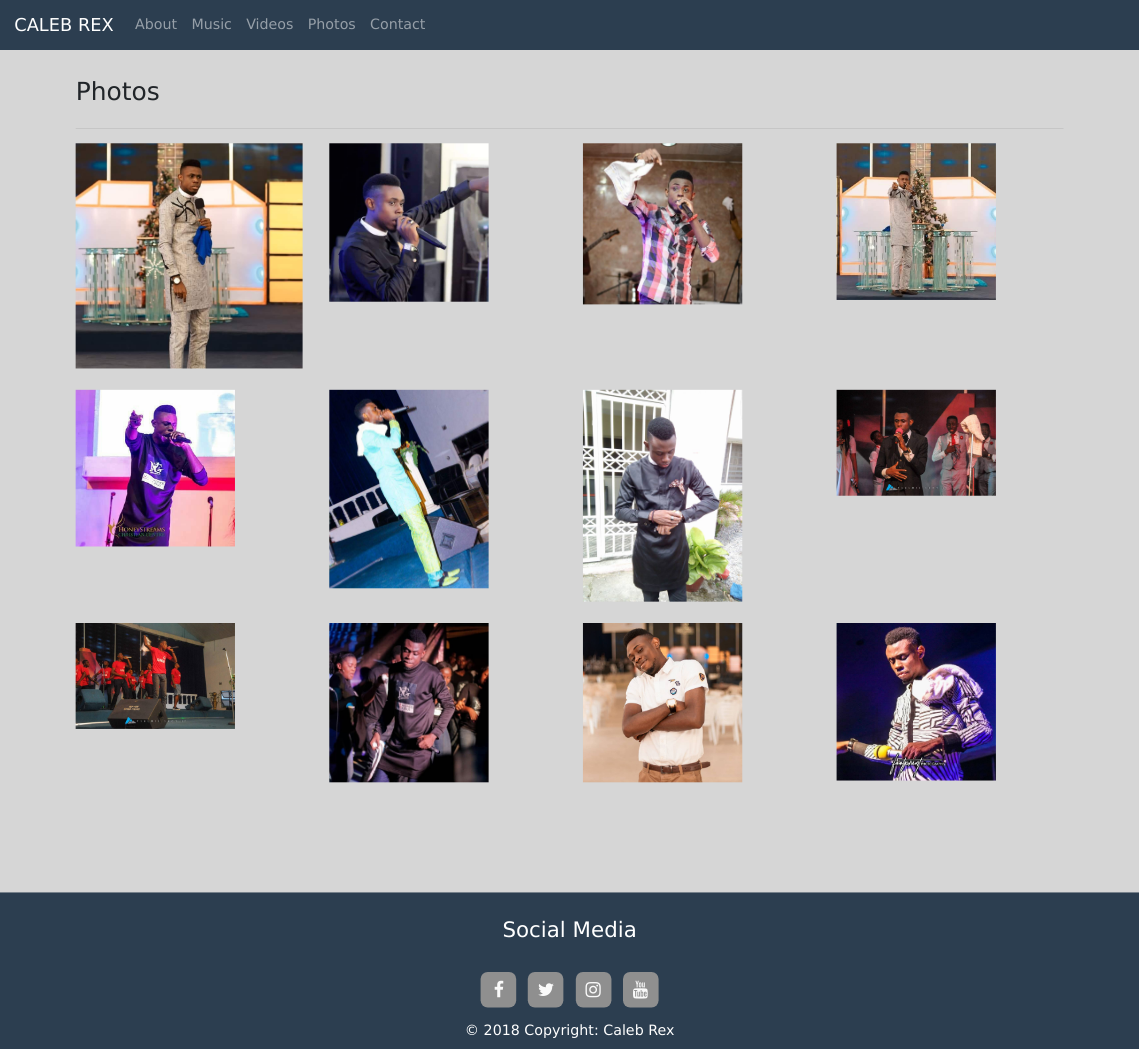
Repository: IchaTreasure/caleb-rex
Page: photos.html
The author's editor kept a record of every edit. The page is drawn from the files as they stood at one moment, then again after the next edit.
The browser window is 1280 px wide. The pictures show the whole page, at 89% of full size.
Some web libraries are served in a nearby version.

Above is the page before.

### photos.html
<!DOCTYPE html>
<html lang="en">

<head>
    <meta charset="UTF-8">
    <meta name="viewport" content="width=device-width, initial-scale=1.0">
    <meta http-equiv="X-UA-Compatible" content="ie=edge">
    <link rel="stylesheet" href="https://maxcdn.bootstrapcdn.com/bootstrap/4.1.3/css/bootstrap.min.css">
    <link rel="stylesheet" href="https://use.fontawesome.com/releases/v5.6.1/css/all.css" integrity="sha384-gfdkjb5BdAXd+lj+gudLWI+BXq4IuLW5IT+brZEZsLFm++aCMlF1V92rMkPaX4PP" crossorigin="anonymous">
    <link rel="stylesheet" href="https://stackpath.bootstrapcdn.com/bootstrap/4.3.1/css/bootstrap.min.css" type="text/css" />
    <link rel="stylesheet" href="https://stackpath.bootstrapcdn.com/font-awesome/4.7.0/css/font-awesome.min.css" type="text/css" />
    <link rel="stylesheet" href="https://cdnjs.cloudflare.com/ajax/libs/hover.css/2.3.1/css/hover-min.css" type="text/css" />
    <link href="https://fonts.googleapis.com/css?family=Roboto:400,700" rel="stylesheet">
    <link rel="stylesheet" href="css/style.css" type="text/css" />
    <title>Caleb Rex</title>
</head>

<body style="background-color: #2c3e50">
    <!-- ------------------------------------------------------------------------------------------------------Navigation Bar -->
    <nav class="navbar navbar-expand-md navbar-dark fixed-top" style="background-color: #2c3e50">
        <a class="navbar-brand" href="index.html">CALEB REX</a>
        <button class="navbar-toggler" type="button" data-toggle="collapse" data-target="#navbarsExampleDefault" aria-controls="navbarsExampleDefault" aria-expanded="false" aria-label="Toggle navigation">
    <span class="navbar-toggler-icon"></span>
  </button>

        <div class="collapse navbar-collapse" id="navbarsExampleDefault">
            <ul class="navbar-nav mr-auto">
                <li class="nav-item right" data-toggle="collapse" data-target=".navbar-collapse.show">
                    <a class="nav-link" href="about.html">About</a>
                </li>
                <li class="nav-item right" data-toggle="collapse" data-target=".navbar-collapse.show">
                    <a class="nav-link" href="music.html">Music</a>
                </li>
                <li class="nav-item right" data-toggle="collapse" data-target=".navbar-collapse.show">
                    <a class="nav-link" href="videos.html">Videos</a>
                </li>
                <li class="nav-item right" data-toggle="collapse" data-target=".navbar-collapse.show">
                    <a class="nav-link" href="photos.html">Photos</a>
                </li>
                <li class="nav-item right" data-toggle="collapse" data-target=".navbar-collapse.show">
                    <a class="nav-link" href="contact.html">Contact</a>
                </li>
            </ul>
        </div>
    </nav>

    <!-- Photo section -->
    <section style="background-color: #D6D6D6; padding-bottom: 100px;">
        <div class="container" Style="padding-top: 30px">
            <div class="row">
                <h3 style="padding-left: 15px">Photos</h3>
            </div>
            <hr>
            <div class="row">
                <!-- Modal: Image 1 -->
                <div class="col-sm-3">
                    <a class="d-block mb-4 h-100">
            <img class="img-fluid img-hover" src="images/Caleb1.jpg" data-toggle="modal" data-target="#Image1" alt="Caleb 1" style="width: 100%">
          </a>
                    <!-- Modal Content -->
                    <div class="modal fade" id="Image1" tabindex="-1" role="dialog" aria-hidden="true">
                        <div class="modal-dialog modal-lg" role="document">
                            <div class="modal-body">
                                <img class="img-fluid" src="images/Caleb1.jpg" alt="Caleb 1">
                            </div>
                        </div>
                    </div>
                </div>

                <!-- Modal: Image 2 -->
                <div class="col-sm-3">
                    <a class="d-block mb-4 h-100">
            <img class="img-fluid img-hover" src="images/Caleb2.jpg" data-toggle="modal" data-target="#Image2" alt="Caleb 2" style="width: 70%">
          </a>
                    <!-- Modal Content -->
                    <div class="modal fade" id="Image2" tabindex="-1" role="dialog" aria-hidden="true">
                        <div class="modal-dialog modal-lg" role="document">
                            <div class="modal-body">
                                <img class="img-fluid" src="images/Caleb2.jpg" alt="Caleb 2">
                            </div>
                        </div>
                    </div>
                </div>

                <!-- Modal: Image 3 -->
                <div class="col-sm-3">
                    <a class="d-block mb-4 h-100">
            <img class="img-fluid img-hover" src="images/Caleb3.jpg" data-toggle="modal" data-target="#Image3" alt="Caleb 3" style="width: 70%">
          </a>
                    <!-- Modal Content -->
                    <div class="modal fade" id="Image3" tabindex="-1" role="dialog" aria-hidden="true">
                        <div class="modal-dialog modal-lg" role="document">
                            <div class="modal-body">
                                <img class="img-fluid" src="images/Caleb3.jpg" alt="Caleb 3">
                            </div>
                        </div>
                    </div>
                </div>

                <!-- Modal: Image 4 -->
                <div class="col-sm-3">
                    <a class="d-block mb-4 h-100">
            <img class="img-fluid img-hover" src="images/Caleb4.jpg" data-toggle="modal" data-target="#Image4" alt="Caleb 4" style="width: 70%">
          </a>
                    <!-- Modal Content -->
                    <div class="modal fade" id="Image4" tabindex="-1" role="dialog" aria-hidden="true">
                        <div class="modal-dialog modal-lg" role="document">
                            <div class="modal-body">
                                <img class="img-fluid" src="images/Caleb4.jpg" alt="Caleb 4">
                            </div>
                        </div>
                    </div>
                </div>
            </div>

            <div class="row">
                <!-- Modal: Image 5 -->
                <div class="col-sm-3">
                    <a class="d-block mb-4 h-100">
            <img class="img-fluid img-hover" src="images/Caleb5.jpg" data-toggle="modal" data-target="#Image5" alt="Caleb 5" style="width: 70%">
          </a>
                    <!-- Modal Content -->
                    <div class="modal fade" id="Image5" tabindex="-1" role="dialog" aria-hidden="true">
                        <div class="modal-dialog modal-lg" role="document">
                            <div class="modal-body">
                                <img class="img-fluid" src="images/Caleb5.jpg" alt="Caleb 5">
                            </div>
                        </div>
                    </div>
                </div>

                <!-- Modal: Image 6 -->
                <div class="col-sm-3">
                    <a class="d-block mb-4 h-100">
            <img class="img-fluid img-hover" src="images/Caleb6.jpg" data-toggle="modal" data-target="#Image6" alt="Caleb 6" style="width: 70%">
          </a>
                    <!-- Modal Content -->
                    <div class="modal fade" id="Image6" tabindex="-1" role="dialog" aria-hidden="true">
                        <div class="modal-dialog modal-lg" role="document">
                            <div class="modal-body">
                                <img class="img-fluid" src="images/Caleb6.jpg" alt="Caleb 6">
                            </div>
                        </div>
                    </div>
                </div>

                <!-- Modal: Image 7 -->
                <div class="col-sm-3">
                    <a class="d-block mb-4 h-100">
            <img class="img-fluid img-hover" src="images/Caleb7.jpg" data-toggle="modal" data-target="#Image7" alt="Caleb 7" style="width: 70%">
          </a>
                    <!-- Modal Content -->
                    <div class="modal fade" id="Image7" tabindex="-1" role="dialog" aria-hidden="true">
                        <div class="modal-dialog modal-lg" role="document">
                            <div class="modal-body">
                                <img class="img-fluid" src="images/Caleb7.jpg" alt="Caleb 7">
                            </div>
                        </div>
                    </div>
                </div>

                <!-- Modal: Image 8 -->
                <div class="col-sm-3">
                    <a class="d-block mb-4 h-100">
            <img class="img-fluid img-hover" src="images/Caleb8.jpg" data-toggle="modal" data-target="#Image8" alt="Caleb 8" style="width: 70%">
          </a>
                    <!-- Modal Content -->
                    <div class="modal fade" id="Image8" tabindex="-1" role="dialog" aria-hidden="true">
                        <div class="modal-dialog modal-lg" role="document">
                            <div class="modal-body">
                                <img class="img-fluid" src="images/Caleb8.jpg" alt="Caleb 8">
                            </div>
                        </div>
                    </div>
                </div>
            </div>

            <div class="row">
                <!-- Modal: Image 9 -->
                <div class="col-sm-3">
                    <a class="d-block mb-4 h-100">
            <img class="img-fluid img-hover" src="images/Caleb9.jpg" data-toggle="modal" data-target="#Image9" alt="Caleb 9" style="width: 70%">
          </a>
                    <!-- Modal Content -->
                    <div class="modal fade" id="Image9" tabindex="-1" role="dialog" aria-hidden="true">
                        <div class="modal-dialog modal-lg" role="document">
                            <div class="modal-body">
                                <img class="img-fluid" src="images/Caleb9.jpg" alt="Caleb 9">
                            </div>
                        </div>
                    </div>
                </div>

                <!-- Modal: Image 10 -->
                <div class="col-sm-3">
                    <a class="d-block mb-4 h-100">
            <img class="img-fluid img-hover" src="images/Caleb11.jpg" data-toggle="modal" data-target="#Image11" alt="Caleb 10" style="width: 70%">
          </a>
                    <!-- Modal Content -->
                    <div class="modal fade" id="Image11" tabindex="-1" role="dialog" aria-hidden="true">
                        <div class="modal-dialog modal-lg" role="document">
                            <div class="modal-body">
                                <img class="img-fluid" src="images/Caleb11.jpg" alt="Caleb 10">
                            </div>
                        </div>
                    </div>
                </div>

                <!-- Modal: Image 11 -->
                <div class="col-sm-3">
                    <a class="d-block mb-4 h-100">
            <img class="img-fluid img-hover" src="images/Caleb12.jpg" data-toggle="modal" data-target="#Image12" alt="Caleb 11" style="width: 70%">
          </a>
                    <!-- Modal Content -->
                    <div class="modal fade" id="Image12" tabindex="-1" role="dialog" aria-hidden="true">
                        <div class="modal-dialog modal-lg" role="document">
                            <div class="modal-body">
                                <img class="img-fluid" src="images/Caleb12.jpg" alt="Caleb 11">
                            </div>
                        </div>
                    </div>
                </div>

                <!-- Modal: Image 12 -->
                <div class="col-sm-3">
                    <a class="d-block mb-4 h-100">
            <img class="img-fluid img-hover" src="images/Caleb14.jpg" data-toggle="modal" data-target="#Image14" alt="Caleb 12" style="width: 70%">
          </a>
                    <!-- Modal Content -->
                    <div class="modal fade" id="Image14" tabindex="-1" role="dialog" aria-hidden="true">
                        <div class="modal-dialog modal-lg" role="document">
                            <div class="modal-body">
                                <img class="img-fluid" src="images/Caleb14.jpg" alt="Caleb 12">
                            </div>
                        </div>
                    </div>
                </div>
            </div>
        </div>
    </section>

    <!-- Footer -->
    <footer class="py-1" style="background-color: #2c3e50; text-align: center;">
        <div class="container">
            <br>
            <h4 style = "color: white">Social Media</h4>
            <br>
            <ul class="list-inline social-links">
                <li class="list-inline-item">
                    <a target="_blank" href="https://www.facebook.com/caleb.rex.96"><i class = " fa fa-facebook" aria-hidden="true"></i><span class = "sr-only">Facebook</span></a>
                </li>
                <li class="list-inline-item">
                    <a target="_blank" href="https://twitter.com/calebrex01"><i class = " fa fa-twitter" aria-hidden="true"></i><span class = "sr-only">Twitter</span></a>
                </li>
                <li class="list-inline-item">
                    <a target="_blank" href="https://www.instagram.com/caleb.rex01/"><i class = " fa fa-instagram" aria-hidden="true"></i><span class = "sr-only">Instagram</span></a>
                </li>
                <li class="list-inline-item">
                    <a target="_blank" href="https://www.youtube.com/channel/UC_B7e65upco510Sio9dZJhg"><i class = " fa fa-youtube" aria-hidden="true"></i><span class = "sr-only">Youtube</span></a>
                </li>
            </ul>
        </div>

        <h6 style="text-align: center; color: white;">© 2018 Copyright: Caleb Rex</h6>
        <!-- /.container -->
    </footer>
    <!-- Bootstrap core JavaScript -->
    <script src="https://code.jquery.com/jquery-3.3.1.slim.min.js" integrity="sha384-q8i/X+965DzO0rT7abK41JStQIAqVgRVzpbzo5smXKp4YfRvH+8abtTE1Pi6jizo" crossorigin="anonymous"></script>
    <script src="https://cdnjs.cloudflare.com/ajax/libs/popper.js/1.14.3/umd/popper.min.js" integrity="sha384-ZMP7rVo3mIykV+2+9J3UJ46jBk0WLaUAdn689aCwoqbBJiSnjAK/l8WvCWPIPm49" crossorigin="anonymous"></script>
    <script src="https://stackpath.bootstrapcdn.com/bootstrap/4.1.3/js/bootstrap.min.js" integrity="sha384-ChfqqxuZUCnJSK3+MXmPNIyE6ZbWh2IMqE241rYiqJxyMiZ6OW/JmZQ5stwEULTy" crossorigin="anonymous"></script>
    <script src="https://code.jquery.com/jquery-3.3.1.slim.min.js" integrity="sha384-q8i/X+965DzO0rT7abK41JStQIAqVgRVzpbzo5smXKp4YfRvH+8abtTE1Pi6jizo" crossorigin="anonymous"></script>
    <script src="https://cdnjs.cloudflare.com/ajax/libs/popper.js/1.14.7/umd/popper.min.js" integrity="sha384-UO2eT0CpHqdSJQ6hJty5KVphtPhzWj9WO1clHTMGa3JDZwrnQq4sF86dIHNDz0W1" crossorigin="anonymous"></script>
    <script src="https://stackpath.bootstrapcdn.com/bootstrap/4.3.1/js/bootstrap.min.js" integrity="sha384-JjSmVgyd0p3pXB1rRibZUAYoIIy6OrQ6VrjIEaFf/nJGzIxFDsf4x0xIM+B07jRM" crossorigin="anonymous"></script>
</body>
</html>

### css/style.css
/*---------------------------- css for body */
body {
  font-family: 'Lucida Grande', sans-serif;
  padding-top: 56px;
}

nav li a:hover {
  background: black;
}

nav a:hover {
  background: black;
}

/*----------------------------------------- Modal Styling */
.modal-body{
    color: #615650;
    text-align: center;
}

.modal-content{
    background-color: #dbc7bd;
    padding: 20px;
}

.img-hover:hover{
    cursor: pointer;
    opacity: 0.6;
    transition: all 0.35s ease-in-out;
    -moz-transition: all 0.35s ease-in-out;
    -webkit-transition: all 0.35s ease-in-out;
    -o-transition: all 0.35s ease-in-out;
}

/*---------------------------- css for contact form*/
.form-style-1 {
	margin:10px auto;
	max-width: 400px;
	padding: 20px 12px 10px 20px;
	font: 13px "Lucida Sans Unicode", "Lucida Grande", sans-serif;
}
.form-style-1 li {
	padding: 0;
	display: block;
	list-style: none;
	margin: 10px 0 0 0;
}
.form-style-1 label{
	margin:0 0 3px 0;
	padding:0px;
	display:block;
	font-weight: bold;
}
.form-style-1 input[type=text],
.form-style-1 input[type=date],
.form-style-1 input[type=datetime],
.form-style-1 input[type=number],
.form-style-1 input[type=search],
.form-style-1 input[type=time],
.form-style-1 input[type=url],
.form-style-1 input[type=email],
textarea,
select{
	box-sizing: border-box;
	-webkit-box-sizing: border-box;
	-moz-box-sizing: border-box;
	border:1px solid #BEBEBE;
	padding: 7px;
	margin:0px;
	-webkit-transition: all 0.30s ease-in-out;
	-moz-transition: all 0.30s ease-in-out;
	-ms-transition: all 0.30s ease-in-out;
	-o-transition: all 0.30s ease-in-out;
	outline: none;
}

.form-style-1 input[type=text]:focus,
.form-style-1 input[type=date]:focus,
.form-style-1 input[type=datetime]:focus,
.form-style-1 input[type=number]:focus,
.form-style-1 input[type=search]:focus,
.form-style-1 input[type=time]:focus,
.form-style-1 input[type=url]:focus,
.form-style-1 input[type=email]:focus,
.form-style-1 textarea:focus,
.form-style-1 select:focus{
	-moz-box-shadow: 0 0 8px #88D5E9;
	-webkit-box-shadow: 0 0 8px #88D5E9;
	box-shadow: 0 0 8px #88D5E9;
	border: 1px solid #88D5E9;
}

.form-style-1 .field-divided{
	width: 49%;
}

.form-style-1 .field-long{
	width: 100%;
}
.form-style-1 .field-select{
	width: 100%;
}
.form-style-1 .field-textarea{
	height: 100px;
}
.form-style-1 input[type=submit], .form-style-1 input[type=button]{
	background: #4B99AD;
	padding: 8px 15px 8px 15px;
	border: none;
	color: #fff;
}

.form-style-1 input[type=submit]:hover, .form-style-1 input[type=button]:hover{
	background: #4691A4;
	box-shadow:none;
	-moz-box-shadow:none;
	-webkit-box-shadow:none;
}

.form-style-1 .required{
	color:red;
}

/*---------------------------- css for footer*/
footer {
  background-color: #7D0D11;
  color: black;
}

.social-links li a i {
  width: 40px;
  height: 40px;
  padding: 10px;
  border-radius: 20%;
  font-size: 20px;
  line-height: 20px;
  text-align: center;
  color: #fafafa;
  background: #8f8f8f;
  transition: all 0.35s ease-in-out;
  -moz-transition: all 0.35s ease-in-out;
  -webkit-transition: all 0.35s ease-in-out;
  -o-transition: all 0.35s ease-in-out;
}

.social-links li a i:hover {
  background: black;
}

After the next edit:
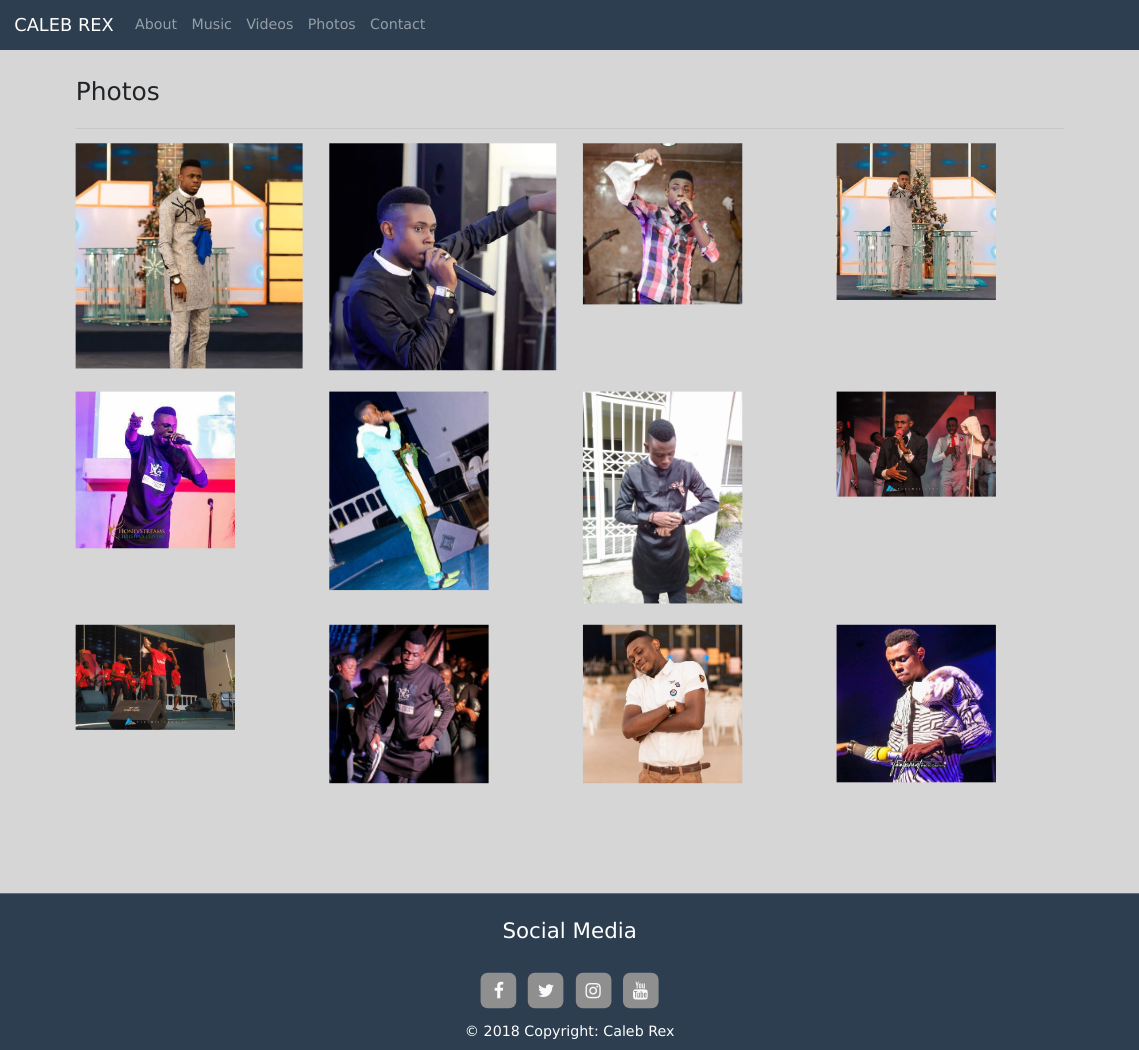
The edit:
--- a/photos.html
+++ b/photos.html
@@ -70,7 +70,7 @@
                 <!-- Modal: Image 2 -->
                 <div class="col-sm-3">
                     <a class="d-block mb-4 h-100">
-            <img class="img-fluid img-hover" src="images/Caleb2.jpg" data-toggle="modal" data-target="#Image2" alt="Caleb 2" style="width: 70%">
+            <img class="img-fluid img-hover" src="images/Caleb2.jpg" data-toggle="modal" data-target="#Image2" alt="Caleb 2" style="width: 100%">
           </a>
                     <!-- Modal Content -->
                     <div class="modal fade" id="Image2" tabindex="-1" role="dialog" aria-hidden="true">
